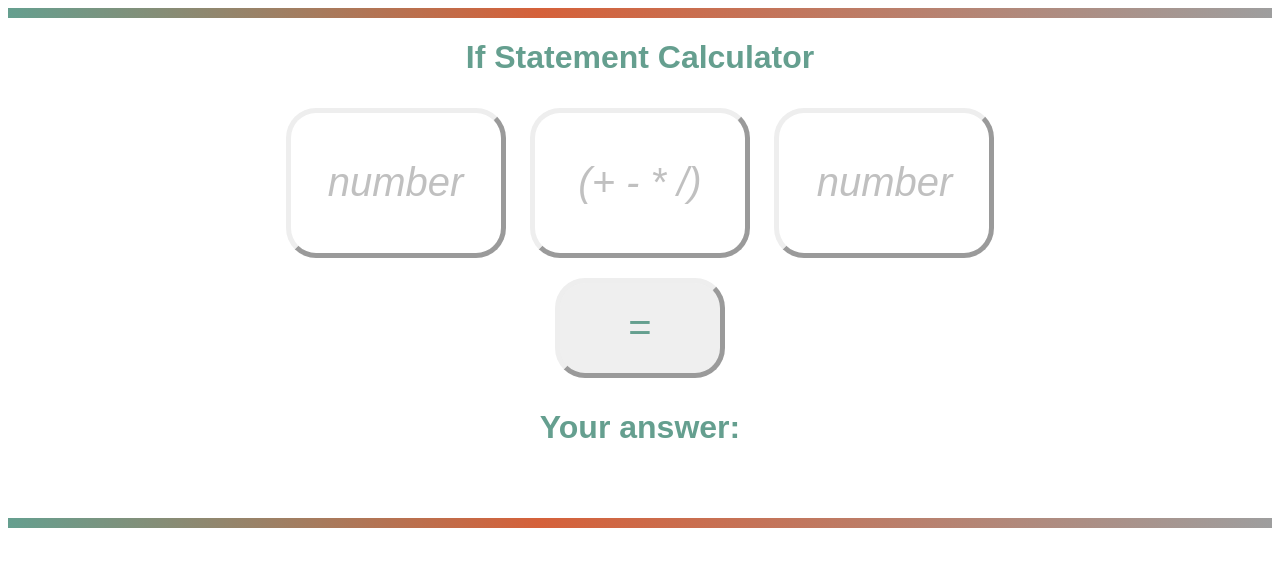
Repository: WesleyErasmus/threeInputCalculator
Page: html/if-calculator.html
The author's editor kept a copy of each file at every save. The page is drawn from the files as they stood at one save, then again after the next save.
The browser window is 1280 px wide. The pictures show the whole page.

Above is the page before, as saved 2022-04-27 22:58:24.

After the next save:
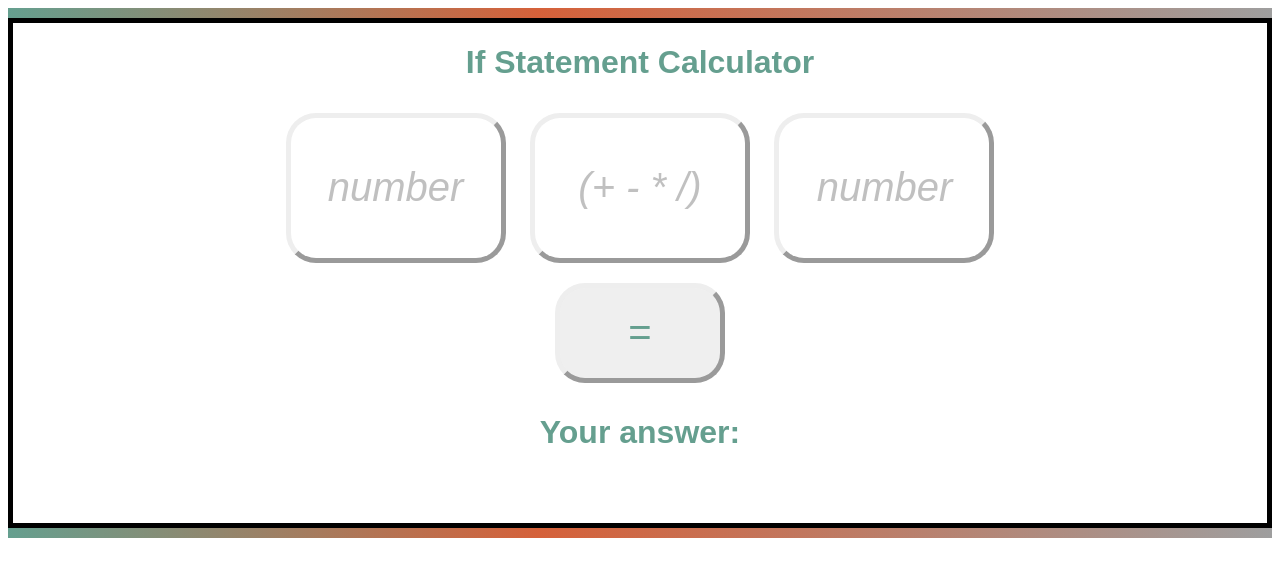
Saved 11 s later.
--- a/css/stylesheet.css
+++ b/css/stylesheet.css
@@ -11,7 +11,7 @@ h1 {
     color: #659f8f;
 }
 form {
-    border: 5px solid linear-gradient(90deg, rgba(101,159,143,1) 0%, rgba(213,97,58,1) 42%, rgba(158,158,158,1) 100%);
+    border: 5px solid ;
     display: block;
     margin: 0 auto;
 }
